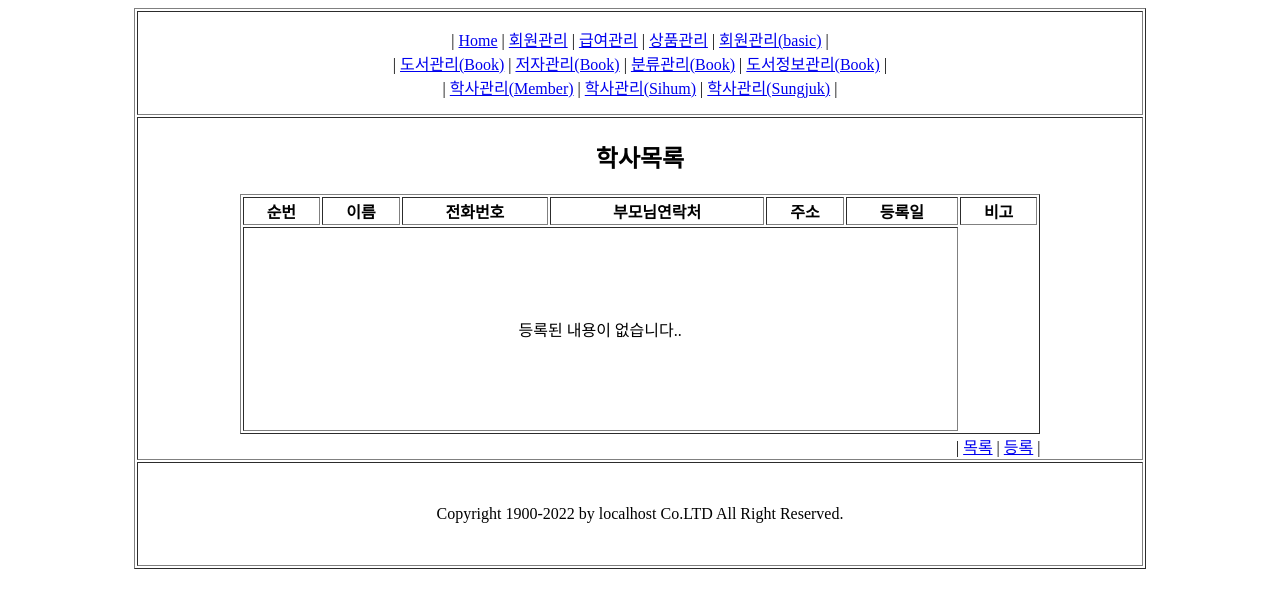
Repository: Mildous/HKIT-BackendClass
Page: http://localhost/jspTest/haksaMember/list.jsp
The author's editor kept a copy of each file at every save. The page is drawn from the files as they stood at one save, then again after the next save.
The browser window is 1280 px wide. The pictures show the whole page.
The page is served by Tomcat 9. Other server files are loaded and not shown. Queries for data that is not in the repository find no rows.

Above is the page before, as saved 2022-08-17 02:26:03.

### workspace/jsp/jspTest/WebContent/haksaMember/list.jsp
<%@ page language="java" contentType="text/html; charset=UTF-8"
    pageEncoding="UTF-8"%>
<!DOCTYPE html>
<html>
<head>
<meta charset="UTF-8">
<title>학사정보(Member)</title>
</head>
<body>

<table border="1" width="80%" align="center">
	<tr>
		<td height="100px;" align="center">
			<jsp:include page="../include/inc_menu.jsp" flush="true" />
		</td>
	</tr>
	<tr>
		<td height="300px;" align="center">
			<jsp:include page="list_sub.jsp" flush="true" />
		</td>
	</tr>
	<tr>
		<td height="100px;" align="center">
			<jsp:include page="../include/inc_bottom.jsp" flush="true" />
		</td>
	</tr>
</table>

</body>
</html>

### workspace/jsp/jspTest/WebContent/include/inc_menu.jsp
<%@ page language="java" contentType="text/html; charset=UTF-8"
    pageEncoding="UTF-8"%>
<!DOCTYPE html>
<html>
<head>
<meta charset="UTF-8">
<title>Insert title here</title>
</head>
<body>
	|
	<a href="/jspTest">Home</a>
	|
	<a href="../member/list.jsp">회원관리</a>
	|
	<a href="#">급여관리</a>
	|
	<a href="../product/list.jsp">상품관리</a>
	|
	<a href="../memberBasic/list.jsp">회원관리(basic)</a>
	|

	<br>

	|
	<a href="../Book/list.jsp">도서관리(Book)</a>
	|
	<a href="../BookAuthor/list.jsp">저자관리(Book)</a>
	|
	<a href="../BookProfile/list.jsp">분류관리(Book)</a>
	|
	<a href="../BookInfo/list.jsp">도서정보관리(Book)</a>
	|

	<br>

	|
	<a href="../haksaMember/list.jsp">학사관리(Member)</a>
	|
	<a href="../haksaSihum/list.jsp">학사관리(Sihum)</a>
	|
	<a href="../haksaSungjuk/list.jsp">학사관리(Sungjuk)</a>
	|
</body>
</html>

### workspace/jsp/jspTest/WebContent/haksaMember/list_sub.jsp
<%@page import="haksaMember.model.dto.HaksaMemberDTO"%>
<%@page import="haksaMember.model.dao.HaksaMemberDAO"%>
<%@page import="java.util.ArrayList"%>
<%@ page language="java" contentType="text/html; charset=UTF-8"
    pageEncoding="UTF-8"%>
<%
	HaksaMemberDAO dao = new HaksaMemberDAO();
	ArrayList<HaksaMemberDTO> list = dao.getSelectAll();

	int totalRecord = list.size();
%>

<h2>학사목록</h2>

<table border="1" width="80%" align="center">
	<tr>
		<th>순번</th>
		<th>이름</th>
		<th>전화번호</th>
		<th>부모님연락처</th>
		<th>주소</th>
		<th>등록일</th>
		<th>비고</th>
	</tr>
	<% if(totalRecord == 0) { %>
	<tr>
		<td colspan="6" height="200px" align="center">등록된 내용이 없습니다..</td>
	</tr>
	<% } %>
	<%
	int num = totalRecord;
	for(int i=0; i<list.size(); i++) {
		HaksaMemberDTO dto = list.get(i);
	%>
	<tr>
		<td><%= num %></td>
		<td><%= dto.getName() %></td>
		<td><%= dto.getPhone() %></td>
		<td><%= dto.getParentPhone() %></td>
		<td>(<%= dto.getAddr1() %>) <%= dto.getAddr2() %> <%= dto.getAddr3() %> <%= dto.getAddr4() %></td>
		<td><%= dto.getRegiDate() %></td>
		<td align="center">
			<a href="#" onClick="move('edit.jsp', '<%= dto.getHakbun() %>');">[수정]</a>
			&nbsp;
			<a href="#" onClick="move('delete.jsp', '<%= dto.getHakbun() %>');">[삭제]</a>
		</td>
	</tr>
	<%
			num--;
		}
	%>
</table>
<div style="width: 80%; margin: 10px, 0;" align="right">
	|
	<a href="#" onClick="move('list.jsp', '');">목록</a>
	|
	<a href="#" onClick="move('insert.jsp', '');">등록</a>
	|
</div>

<script>
function move(value1, value2) {
	location.href = value1 + '?hakbun=' + value2;
}
</script>

### workspace/jsp/jspTest/WebContent/include/inc_bottom.jsp
<%@ page language="java" contentType="text/html; charset=UTF-8"
    pageEncoding="UTF-8"%>
<!DOCTYPE html>
<html>
<head>
<meta charset="UTF-8">
<title>Insert title here</title>
</head>
<body>
	Copyright 1900-2022 by localhost Co.LTD All Right Reserved.
</body>
</html>

### workspace/jsp/jspTest/src/haksaMember/model/dao/HaksaMemberDAO.java
package haksaMember.model.dao;

import java.sql.Connection;
import java.sql.PreparedStatement;
import java.sql.ResultSet;
import java.util.ArrayList;

import config.DB;
import haksaMember.model.dto.HaksaMemberDTO;

public class HaksaMemberDAO {

	Connection conn = null;
	PreparedStatement pstmt = null;
	ResultSet rs = null;
	String table_1 = "haksaMember";

	public ArrayList<HaksaMemberDTO> getSelectAll() {
		ArrayList<HaksaMemberDTO> list = new ArrayList<HaksaMemberDTO>();
		conn = DB.dbConn();
		try {
			String sql = "select * from " + table_1 + " order by hakbun desc";
			pstmt = conn.prepareStatement(sql);
			rs = pstmt.executeQuery();
			while(rs.next()) {
				HaksaMemberDTO resultDto = new HaksaMemberDTO();
				resultDto.setHakbun(rs.getInt("hakbun"));
				resultDto.setName(rs.getString("name"));
				resultDto.setPhone(rs.getString("phone"));
				resultDto.setParentPhone(rs.getString("parentPhone"));
				resultDto.setAddr1(rs.getString("addr1"));
				resultDto.setAddr2(rs.getString("addr2"));
				resultDto.setAddr3(rs.getString("addr3"));
				resultDto.setAddr4(rs.getString("addr4"));
				resultDto.setRegiDate(rs.getDate("regiDate"));
				list.add(resultDto);
			}
		} catch(Exception e) {
			//e.printStackTrace();
		} finally {
			DB.dbConnClose(rs, pstmt, conn);
		}
		return list;
	}

	public HaksaMemberDTO getSelectOne(HaksaMemberDTO paramDto) {
		HaksaMemberDTO resultDto = new HaksaMemberDTO();
		conn = DB.dbConn();
		try {
			String sql = "select * from " + table_1 + " where hakbun = ?";
			pstmt = conn.prepareStatement(sql);
			pstmt.setInt(1, paramDto.getHakbun());
			rs = pstmt.executeQuery();
			if(rs.next()) {
				resultDto.setHakbun(rs.getInt("hakbun"));
				resultDto.setName(rs.getString("name"));
				resultDto.setPhone(rs.getString("phone"));
				resultDto.setParentPhone(rs.getString("parentPhone"));
				resultDto.setAddr1(rs.getString("addr1"));
				resultDto.setAddr2(rs.getString("addr2"));
				resultDto.setAddr3(rs.getString("addr3"));
				resultDto.setAddr4(rs.getString("addr4"));
			}
		} catch(Exception e) {
			//e.printStackTrace();
		} finally {
			DB.dbConnClose(rs, pstmt, conn);
		}
		return resultDto;
	}

	public int setInsert(HaksaMemberDTO paramDto) {
		int result = 0;
		conn = DB.dbConn();
		try {
			String sql = "insert into " + table_1 + " values(seq_haksaMember.nextval, ?, ?, ?, ?, ?, ?, ?, sysdate)";
			pstmt = conn.prepareStatement(sql);
			pstmt.setString(1, paramDto.getName());
			pstmt.setString(2, paramDto.getPhone());
			pstmt.setString(3, paramDto.getParentPhone());
			pstmt.setString(4, paramDto.getAddr1());
			pstmt.setString(5, paramDto.getAddr2());
			pstmt.setString(6, paramDto.getAddr3());
			pstmt.setString(7, paramDto.getAddr4());
			result = pstmt.executeUpdate();
		} catch(Exception e) {
			//e.printStackTrace();
		} finally {
			DB.dbConnClose(rs, pstmt, conn);
		}
		return result;
	}

	public int setUpdate(HaksaMemberDTO paramDto) {
		int result = 0;
		conn = DB.dbConn();
		try {
			String sql = "update " + table_1 + " set phone = ?, parentPhone = ?, addr1 = ?, addr2 = ?, addr3 = ?, addr4 = ? where hakbun = ?";
			pstmt = conn.prepareStatement(sql);
			pstmt.setString(1, paramDto.getPhone());
			pstmt.setString(2, paramDto.getParentPhone());
			pstmt.setString(3, paramDto.getAddr1());
			pstmt.setString(4, paramDto.getAddr2());
			pstmt.setString(5, paramDto.getAddr3());
			pstmt.setString(6, paramDto.getAddr4());
			pstmt.setInt(7, paramDto.getHakbun());
			result = pstmt.executeUpdate();
		} catch(Exception e) {
			//e.printStackTrace();
		} finally {
			DB.dbConnClose(rs, pstmt, conn);
		}
		return result;
	}

	public int setDelete(HaksaMemberDTO paramDto) {
		int result = 0;
		conn = DB.dbConn();
		try {
			String sql = "delete from " + table_1 + " where hakbun = ?";
			pstmt = conn.prepareStatement(sql);
			pstmt.setInt(1, paramDto.getHakbun());
			result = pstmt.executeUpdate();
		} catch(Exception e) {
			//e.printStackTrace();
		} finally {
			DB.dbConnClose(rs, pstmt, conn);
		}
		return result;
	}
}

### workspace/jsp/jspTest/src/config/DB.java
package config;

import java.sql.Connection;
import java.sql.DriverManager;
import java.sql.PreparedStatement;
import java.sql.ResultSet;

public class DB {
	public static Connection dbConn() {
		String dbDriver = "oracle.jdbc.driver.OracleDriver";
		String dbUrl = "jdbc:oracle:thin:@localhost:1521/xe";
		String dbId = "jspTest";
		String dbPasswd = "1234";

		Connection conn = null;

		try {
			Class.forName(dbDriver);
		} catch(Exception e) {
			//e.printStackTrace();
			System.out.println("-- 오라클 드라이버 오류 --");
		}

		try {
			conn = DriverManager.getConnection(dbUrl, dbId, dbPasswd);
		} catch(Exception e) {
			//e.printStackTrace();
			System.out.println("-- 오라클 접속 오류 --");
		}
		return conn;
	}

	public static void dbConnClose(ResultSet rs, PreparedStatement pstmt, Connection conn) {

		try {
			if(rs != null) { rs.close(); }
		} catch(Exception e) {
			//e.printStackTrace();
		}

		try {
			if(pstmt != null) { pstmt.close(); }
		} catch(Exception e) {
			//e.printStackTrace();
		}

		try {
			if(conn != null) { conn.close(); }
		} catch(Exception e) {
			//e.printStackTrace();
		}
	}
}

After the next save:
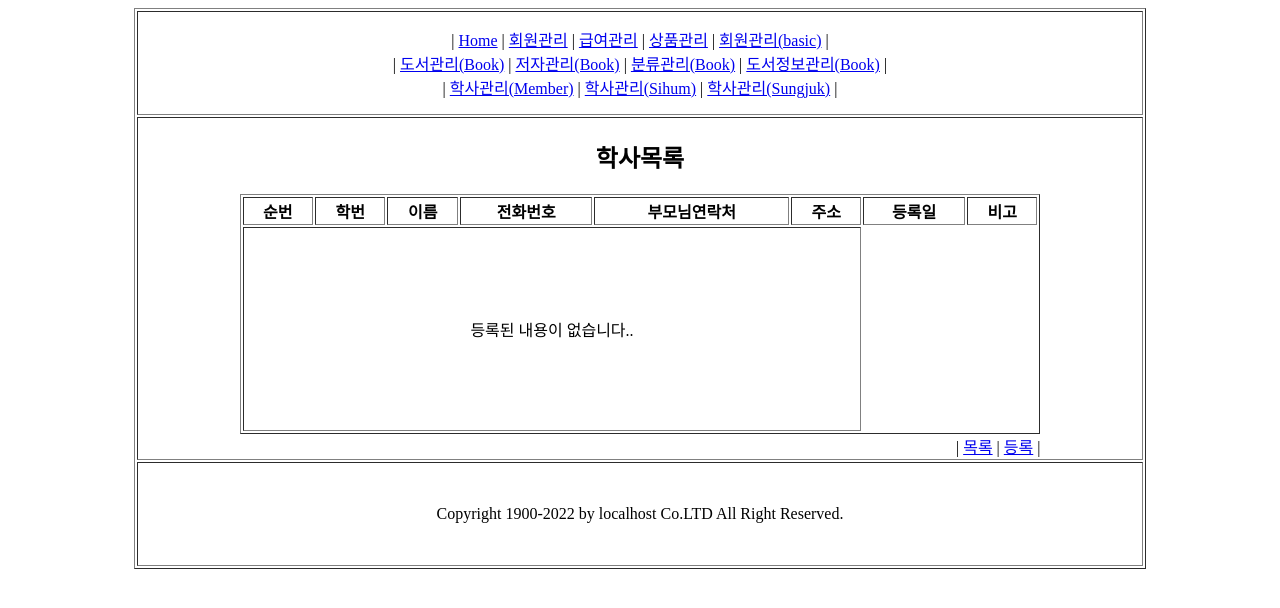
Saved 72 s later.
--- a/workspace/jsp/jspTest/WebContent/haksaMember/list_sub.jsp
+++ b/workspace/jsp/jspTest/WebContent/haksaMember/list_sub.jsp
@@ -15,6 +15,7 @@
 <table border="1" width="80%" align="center">
 	<tr>
 		<th>순번</th>
+		<th>학번</th>
 		<th>이름</th>
 		<th>전화번호</th>
 		<th>부모님연락처</th>
@@ -34,6 +35,7 @@
 	%>
 	<tr>
 		<td><%= num %></td>
+		<td><%= dto.getHakbun() %></td>
 		<td><%= dto.getName() %></td>
 		<td><%= dto.getPhone() %></td>
 		<td><%= dto.getParentPhone() %></td>
